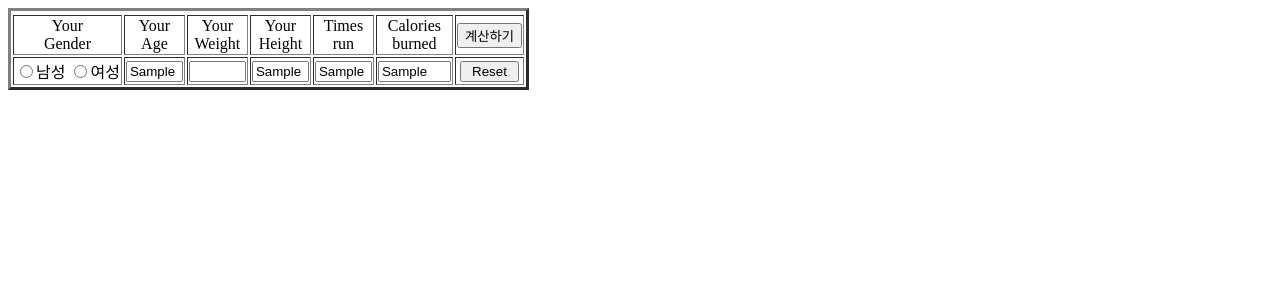
Repository: lgy880/AIWebDevelopment
Page: RUN_WAY/src/main/resources/static/html/ver2.html
These files come from the project's save history. The page is drawn as it stood at one moment and after the next save; the edit follows.
The browser window is 1280 px wide. The pictures show the whole page.
Empty fields were first filled with sample values (such as "Sample", 5 or name@example.com).
After loading, the first visible `input[onclick="ClearForm(this.form)"]` was clicked once.

Above is the page before, as saved 2021-08-05 07:06:24.
Console error: ReferenceError: $ is not defined

After the next save:
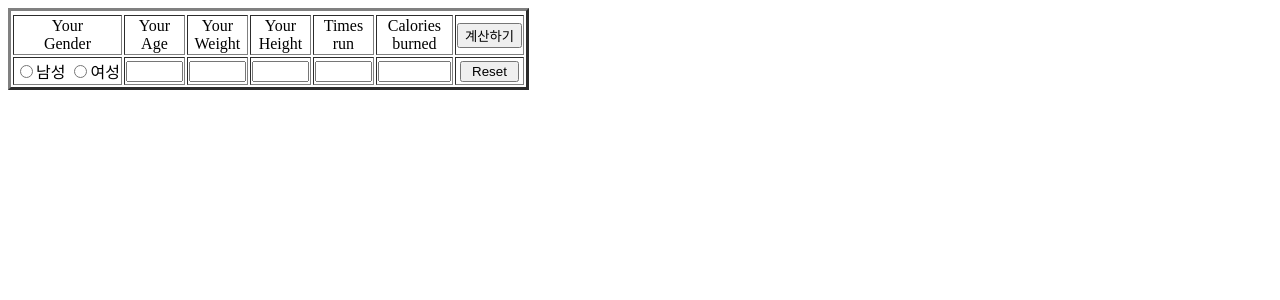
Saved 29 s later.
--- a/RUN_WAY/src/main/resources/static/html/ver2.html
+++ b/RUN_WAY/src/main/resources/static/html/ver2.html
@@ -37,7 +37,9 @@
 		function ClearForm(form) {
 
 			form.myWeight.value = "";
-			form.myDistance.value = "";
+			form.myTime.value = "";
+			form.myAge.value = "";
+			form.myHeight.value = "";
 			form.Fdiff.value = "";
 
 		}
